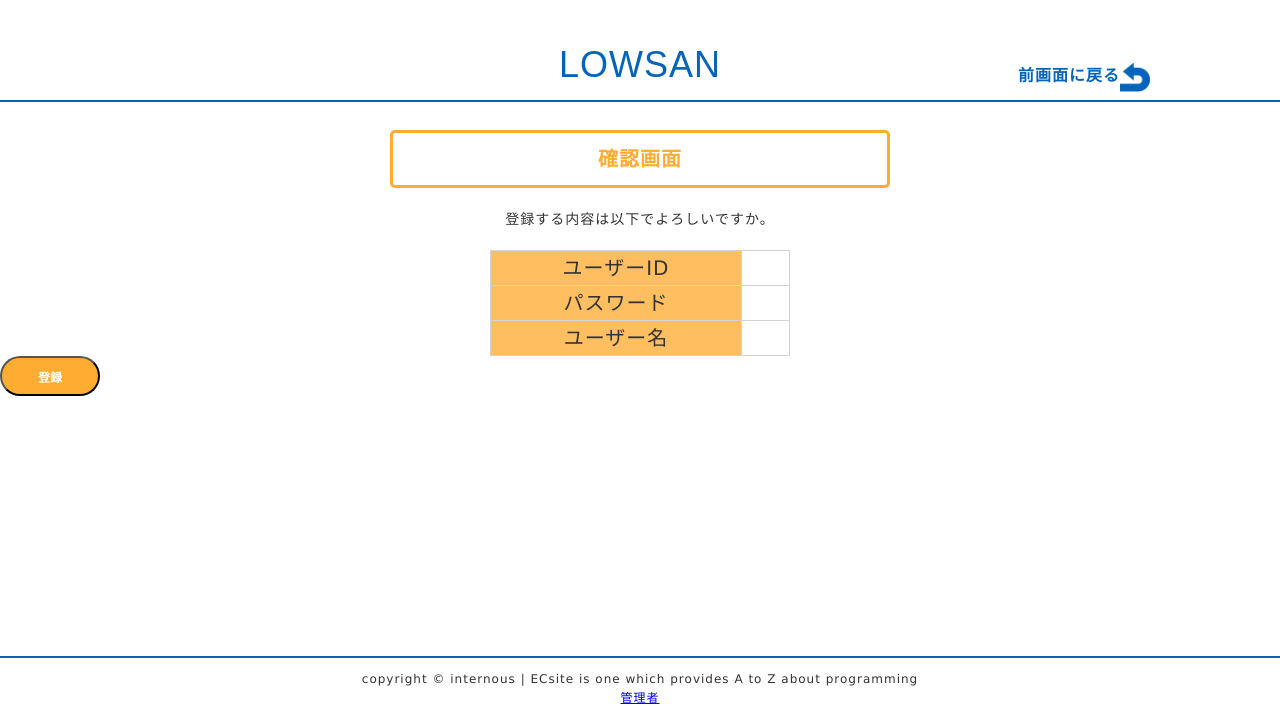
Repository: nishimura0212/myECsite
Page: http://localhost/ecsite/userCreateConfirm.jsp
These files come from the project's save history. The page is drawn as it stood at one moment and after the next save; the edit follows.
The browser window is 1280 px wide. The pictures show the whole page.
The page is served by Tomcat 9.

Above is the page before, as saved 2019-01-19 10:05:10.

After the next save:
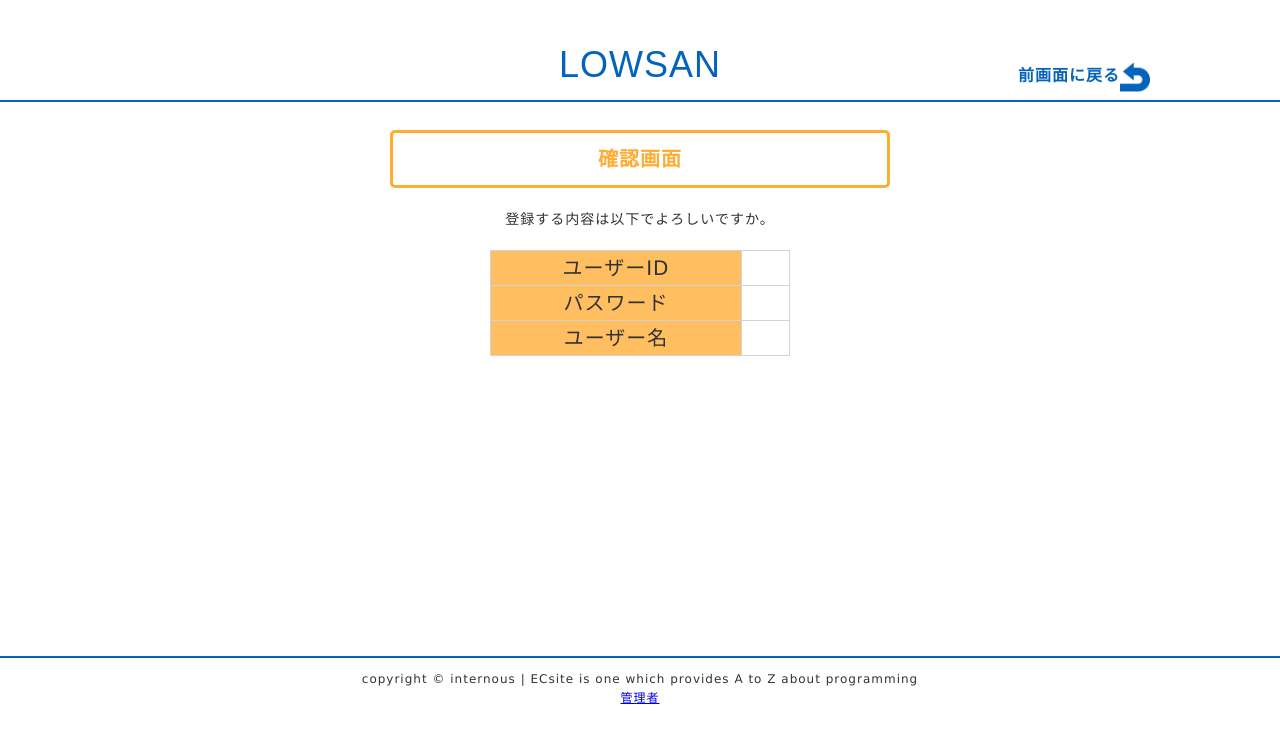
Saved 11 s later.
--- a/ecsite/WebContent/userCreateConfirm.jsp
+++ b/ecsite/WebContent/userCreateConfirm.jsp
@@ -46,7 +46,7 @@
 							<td class="td-right"><s:property value="userName" escape="false" /></td>
 						</tr>
 					</table>
-					<div>
+					<div class="button">
 						<input type="button" value="登録" class="single_btn" />
 					</div>
 				</s:form>
